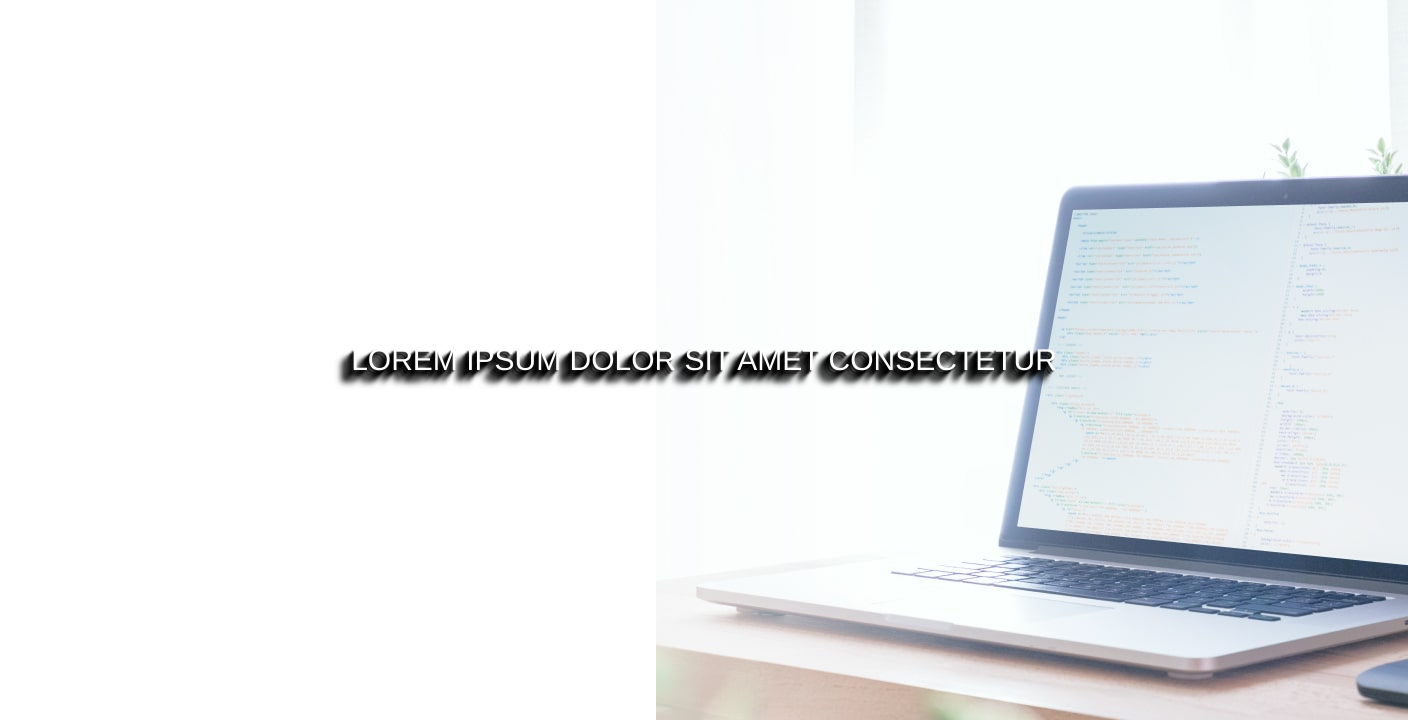
Repository: iKrekus/HTMLAcademy-mysite
Page: test.html
An editor plug-in stored every save of this project. The page is shown before and after the next save, followed by the edit.
The browser window is 1280 px wide. The page is 1408 px wide, so the pictures cover 1408 px, including what lies to the right of the window. The pictures show the whole page.

Above is the page before, as saved 2022-09-28 18:15:35.

After the next save:
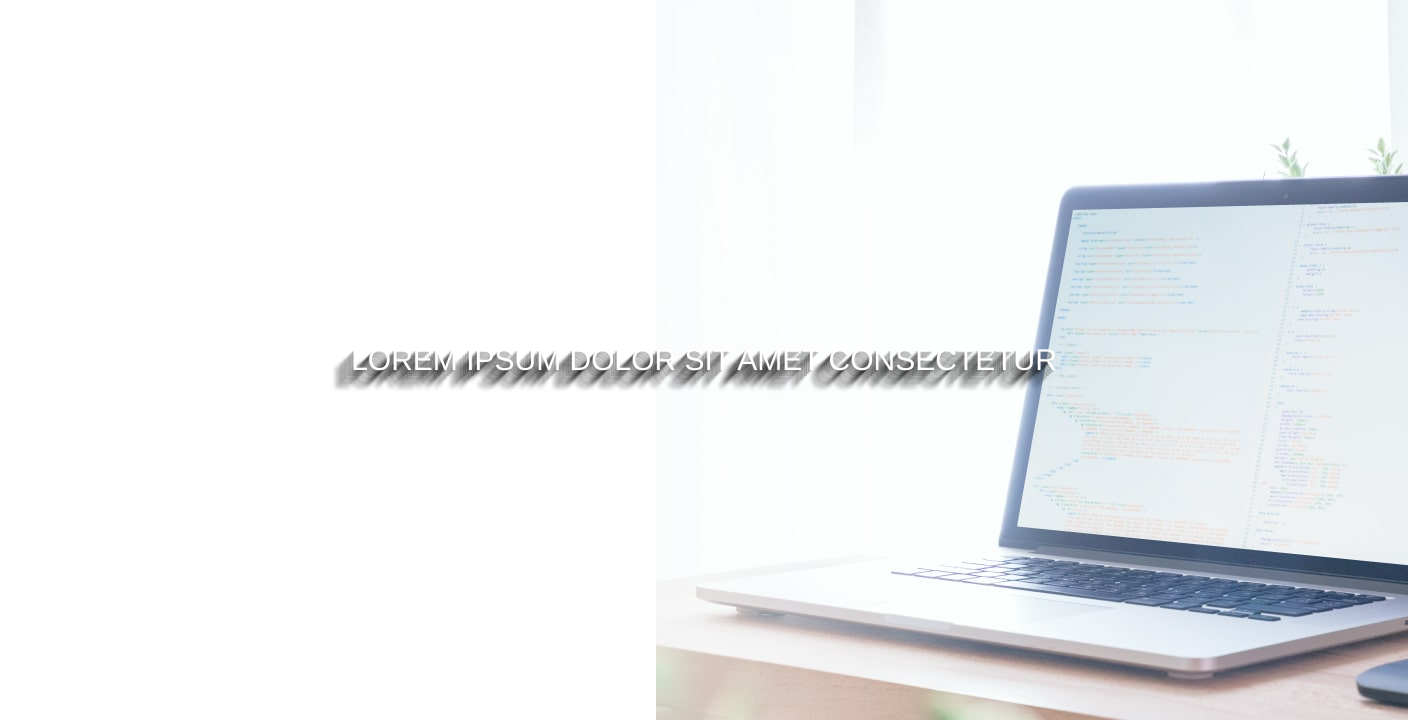
Saved 2 min 45 s later.
--- a/style.css
+++ b/style.css
@@ -358,7 +358,15 @@ body {
   text-transform: uppercase;
   font-size: 30px;
   text-align: center;
-  text-shadow: -2px 2px 2px black, -4px 4px 2px black, -6px 6px 3px black, -8px 8px 4px black, -10px 10px 5px black, -12px 12px 6px black;
+  text-shadow: -2px 2px 1px rgba(0, 0, 0, 0.26),
+  -4px 4px 1px rgba(0, 0, 0, 0.26),
+  -6px 6px 1px rgba(0, 0, 0, 0.26),
+  -8px 8px 2px rgba(0, 0, 0, 0.26),
+  -10px 10px 2px rgba(0, 0, 0, 0.26),
+  -12px 12px 3px rgba(0, 0, 0, 0.26),
+  -14px 14px 3px rgba(0, 0, 0, 0.26),
+  -16px 16px 4px rgba(0, 0, 0, 0.26),
+  -18px 18px 4px rgba(0, 0, 0, 0.26);
   color: white;
 
 }
